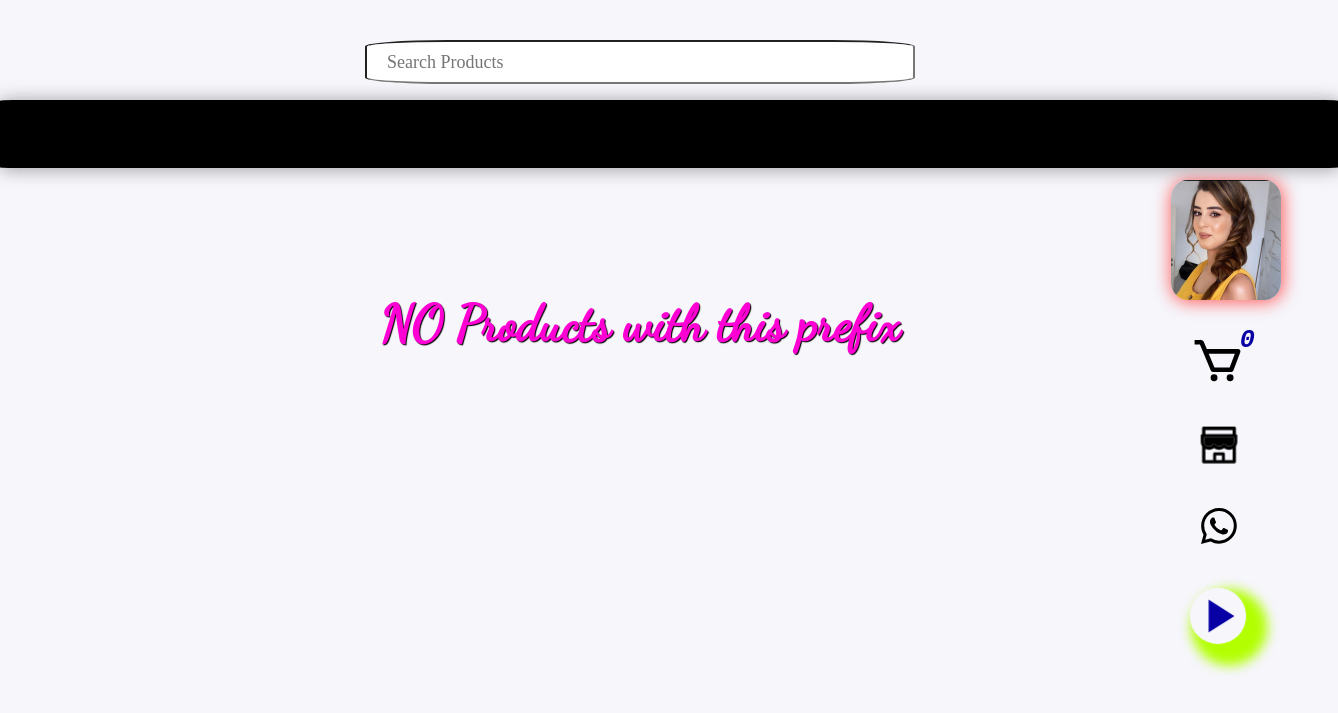
Repository: rehamAbass/BeautyCareShop
Page: /
These files come from the project's save history. The page is drawn as it stood at one moment and after a run of saves; the edit follows.
The browser window is 1280 px wide. The page is 1338 px wide, so the pictures cover 1338 px, including what lies to the right of the window. The pictures show the whole page.
The pointer rests on the first visible `.btnAudio`.
The page's requests for data from a server got no answer. Some web fonts or font styles are not loaded; a fallback is used. The project was rebuilt for these pictures with package versions that can differ from the ones it lists, and the page was loaded fresh each time. No one was signed in, and anything a server would have sent is missing. Also part of the build but not shown: src/components/allProducts/prod/card.css, src/components/allProducts/prod/card.component.jsx, src/components/myCart/myCart.css, src/components/myCart/cartProduct/cartProduct.css, src/components/myCart/cartProduct/cartProduct.jsx, src/components/myCart/myCart.jsx. Imported but missing from the stored project, and not drawn on this page: src/components/header/music/ed.mp3.

Above is the page before, as saved 2022-06-08 13:33:37.

After the next 2 saves:
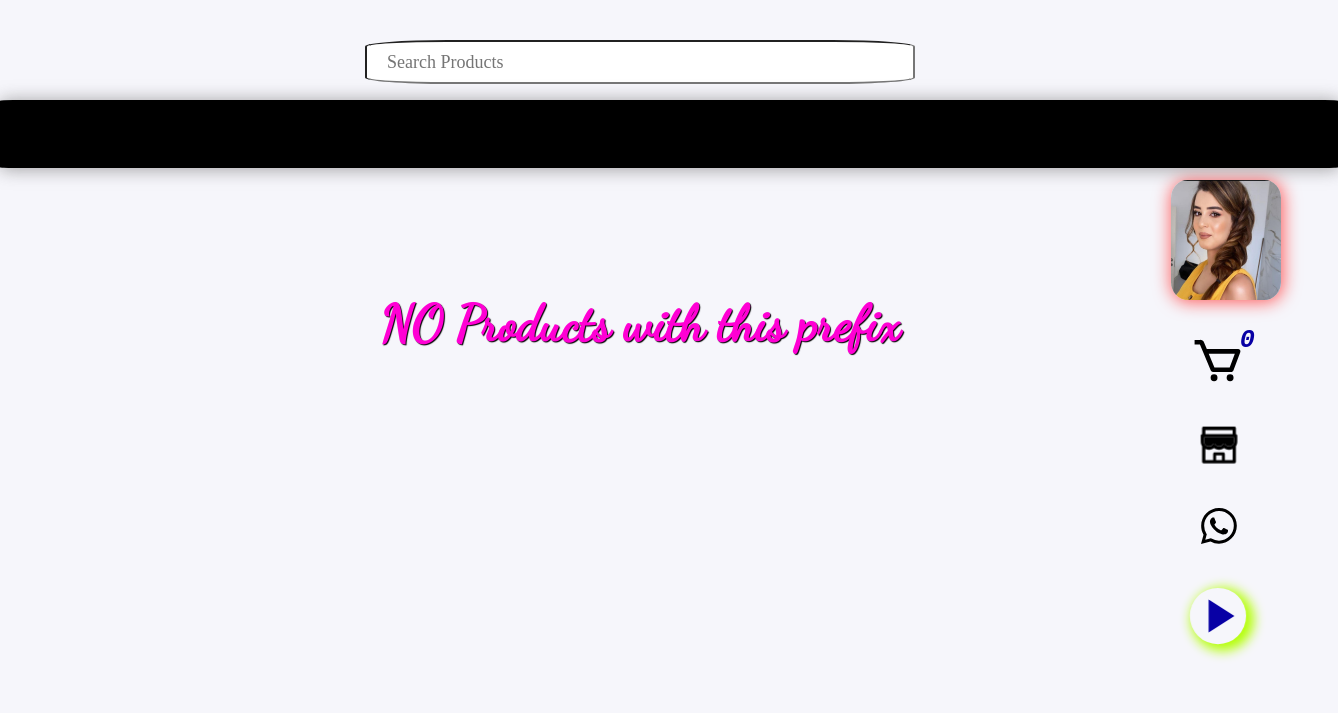
The 2 saves are shown as one change because they came seconds apart.
The last was saved 15 s later.
--- a/src/components/header/music/music.css
+++ b/src/components/header/music/music.css
@@ -13,5 +13,5 @@
 .btnAudio:hover {
    color : rgb(8, 0, 165);
     transform: scale(1.125);
-    box-shadow: 10px 10px 10px 9px  rgb(179, 255, 0);
+    box-shadow: 4px 3px 10px 3px  rgb(179, 255, 0);
 }
